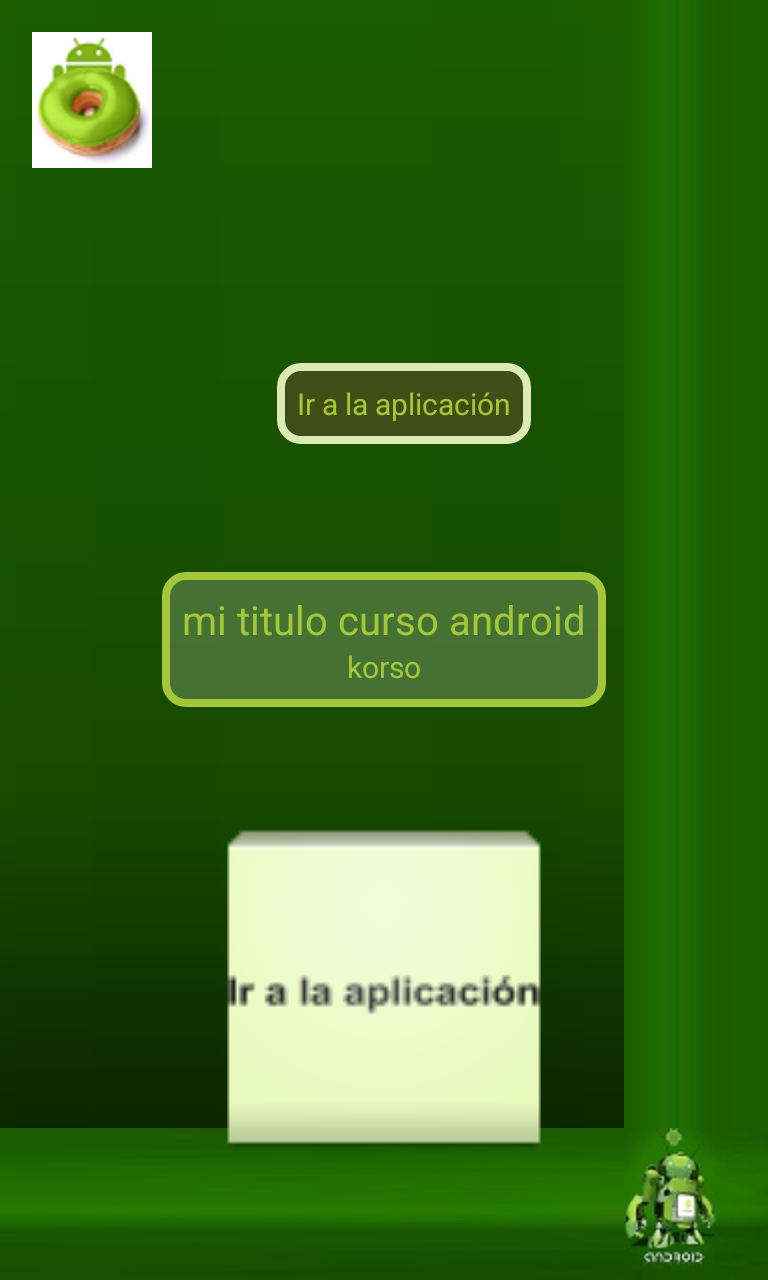
Repository: dimitri001/FDR_TOOL
Layout: RSS Curso Android/res/layout/activity_splash.xml
These files come from the project's save history. The layout is drawn as it stood at one moment and after the next save; the edit follows.
It is drawn on a 768 x 1280 px phone screen (xhdpi) without system bars, with theme AppTheme; the app's code is not run.

Above is the layout before, as saved 2013-05-21 21:57:05.

After the next save:
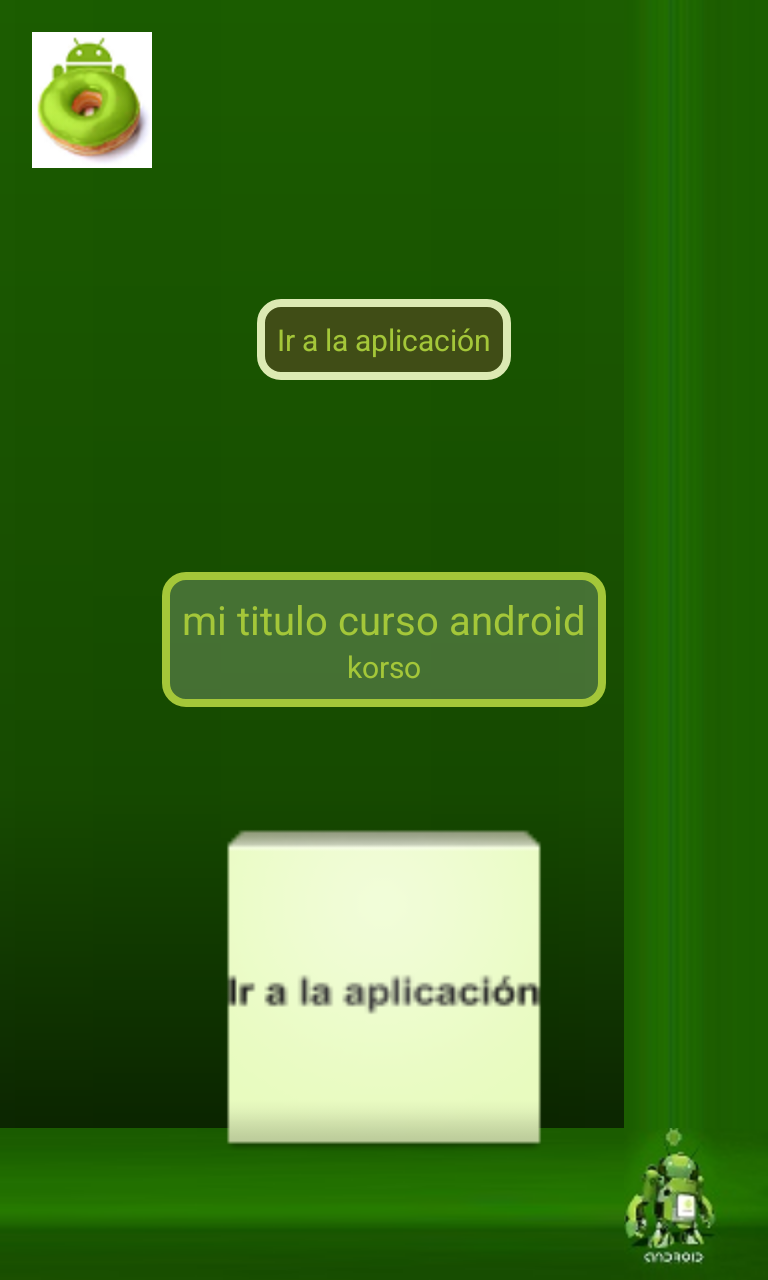
Saved 4 min 1 s later.
--- a/RSS Curso Android/res/layout/activity_splash.xml
+++ b/RSS Curso Android/res/layout/activity_splash.xml
@@ -52,26 +52,17 @@
         android:contentDescription="@string/splash_article_list"
         android:src="@drawable/to_list" />
 
-    <TextView
-        android:id="@+id/textView1"
+    <LinearLayout
+        android:id="@+id/linearLayout2"
         android:layout_width="wrap_content"
         android:layout_height="wrap_content"
         android:layout_above="@+id/linearLayout1"
         android:layout_centerHorizontal="true"
-        android:layout_marginBottom="84dp"
-        android:text="@string/splash_article_list"
-        android:textColor="@color/green_black"
-        android:textSize="@dimen/text_h2" />
-
-    <LinearLayout
-        android:id="@+id/linearLayout2"
-        android:layout_width="wrap_content"
-        android:layout_height="wrap_content"
-        android:layout_alignLeft="@+id/textView1"
-        android:layout_alignTop="@+id/textView1"
+        android:layout_marginBottom="96dp"
         android:background="@drawable/panel_white"
         android:gravity="center|center_vertical"
         android:orientation="vertical" >
+
         <TextView
             android:layout_width="wrap_content"
             android:layout_height="wrap_content"
